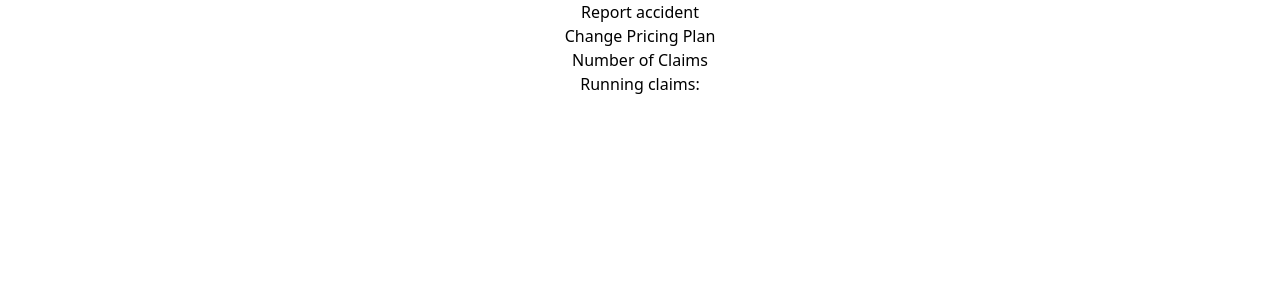
Repository: ALVIN-OBONYO/Xela-smart_insuarance
Page: /report (app in frontend/)
An editor plug-in stored every save of this project. The page is shown before and after the next save, followed by the edit.
The browser window is 1280 px wide. The pictures show the whole page.
The project was rebuilt for these pictures with package versions that can differ from the ones it lists, and the page was loaded fresh each time. Also part of the build but not shown: frontend/src/Services/TruncateAddress.js, frontend/src/Services/Contract.js, frontend/src/Components/Cards.jsx, frontend/src/Pages/Entrypage.jsx, frontend/src/Services/LoginWithEth.js, frontend/src/Components/Navigate.js, frontend/src/Components/Sidebar.js, frontend/src/Pages/Policies.jsx and 7 more.

Above is the page before, as saved 2022-10-06 05:27:13.

### frontend/public/index.html
<!DOCTYPE html>
<html lang="en">
  <head>
    <meta charset="utf-8" />
    <link rel="icon" href="%PUBLIC_URL%/favicon.ico" />
    <meta name="viewport" content="width=device-width, initial-scale=1" />
    <meta name="theme-color" content="#000000" />
    <meta
      name="description"
      content="Web site created using create-react-app"
    />
    <link rel="apple-touch-icon" href="%PUBLIC_URL%/logo192.png" />
    <!--
      manifest.json provides metadata used when your web app is installed on a
      user's mobile device or desktop. See https://developers.google.com/web/fundamentals/web-app-manifest/
    -->
    <link rel="manifest" href="%PUBLIC_URL%/manifest.json" />
    <!--
      Notice the use of %PUBLIC_URL% in the tags above.
      It will be replaced with the URL of the `public` folder during the build.
      Only files inside the `public` folder can be referenced from the HTML.

      Unlike "/favicon.ico" or "favicon.ico", "%PUBLIC_URL%/favicon.ico" will
      work correctly both with client-side routing and a non-root public URL.
      Learn how to configure a non-root public URL by running `npm run build`.
    -->
    <title>React App</title>
  </head>
  <body>
    <noscript>You need to enable JavaScript to run this app.</noscript>
    <link
    href="https://unpkg.com/tailwindcss@^1.0/dist/tailwind.min.css"
    rel="stylesheet"
  />
  <!-- <script src="https://cdn.jsdelivr.net/npm/web3@latest/dist/web3.min.js"></script> -->
  <script
    src="https://cdnjs.cloudflare.com/ajax/libs/web3/1.6.1/web3.min.js"
    integrity="sha512-5erpERW8MxcHDF7Xea9eBQPiRtxbse70pFcaHJuOhdEBQeAxGQjUwgJbuBDWve+xP/u5IoJbKjyJk50qCnMD7A=="
    crossorigin="anonymous"
    referrerpolicy="no-referrer"
  ></script>
    <div id="root"></div>
    <!--
      This HTML file is a template.
      If you open it directly in the browser, you will see an empty page.

      You can add webfonts, meta tags, or analytics to this file.
      The build step will place the bundled scripts into the <body> tag.

      To begin the development, run `npm start` or `yarn start`.
      To create a production bundle, use `npm run build` or `yarn build`.
    -->
  </body>
</html>

### frontend/src/index.js
import React from 'react';
import ReactDOM from 'react-dom/client';
import './index.css';
import App from './App';
import reportWebVitals from './reportWebVitals';
import { BrowserRouter } from 'react-router-dom';
const root = ReactDOM.createRoot(document.getElementById('root'));
root.render(
  <React.StrictMode>
     <BrowserRouter>
       <App />
    </BrowserRouter>
  </React.StrictMode>
);

// If you want to start measuring performance in your app, pass a function
// to log results (for example: reportWebVitals(console.log))
// or send to an analytics endpoint. Learn more: https://bit.ly/CRA-vitals
reportWebVitals();

### frontend/src/App.jsx
import './App.css';
import RoutePages from './Components/RoutePages';

function App() {
  return (
    <div className="App">
      <RoutePages/>
    </div>
  );
}

export default App;

### frontend/src/Components/RoutePages.jsx
import React from 'react'
import { Routes, Route} from 'react-router-dom'
import EntryPage from '../Pages/Entrypage'
import PolicyMaker from '../Pages/Policies'
import ReportForm from '../Pages/ReportForm'
import Report from '../Pages/Report'
import ReportInfo from '../Pages/ReportInfo'
import FormPagination from './FormPagination'
const RoutePages = () => {
    return (


   <Routes>

    <Route exact path="/" element={<EntryPage />} />
    <Route path="policy" element={<PolicyMaker />} />

    <Route path="report" element={<Report/> } >
       <Route path="1" element={<ReportForm />} />
       <Route path="2" element={<ReportInfo />} />
       <Route path="*" element={<FormPagination />} />

    </Route>

   </Routes>


    )
}

export default RoutePages

### frontend/src/Pages/Report.jsx
const Report = () => {
    return (
     <>
     <div>
        <h3>Report accident</h3>
        </div>
       <div>
        <h3>Change Pricing Plan</h3>
       </div>
       <div>
        <h3>Number of Claims</h3>

        <h5>Running claims: </h5>
       </div>
     </>
    )
 }

 export default Report

### frontend/src/Components/FormPagination.jsx
import { Pagination, PaginationItem, Stack } from '@mui/material'
// import { ArrowBackIcon, ArrowForwardIcon} from '@mui/icons-material'
import { Link, useLocation} from 'react-router-dom'
const FormPagination = () => {
    const location = useLocation()
    const query = new URLSearchParams(location.search)
    const page = parseInt(query.get('page') || '1', 10)
    return (
       <Stack spacing={2}>
        <Pagination
           xs={{backgroundColor: "#fff"}}
           page={page}
           count={3}
           renderItem={(item) => (
            <PaginationItem
            shape="rounded"
            component={Link}

            to={`/report${item.page === 1 ? "" :`?page=${item.page}`}`}
              {...item}
              />
           )}
           />
           </Stack>
    )

}

export default FormPagination

### frontend/src/Components/Navbar.css
nav {
    width: 100vw;
    display: flex;
    justify-content: flex-start;
    align-items: flex-start;
}

.brand {
    flex-grow: 1;
    text-align: start;
    padding-left: 2.9rem;
    margin-top: 0.6rem;
    font-size: 1.2rem;
}

.X {
    font-size: 2rem;

}
.nav-section {
    display: flex;
    flex-grow: 1;
    gap: 3em;
    font-size: 1.2rem;
    padding-right: 2em;
    justify-content: flex-start;
    align-items: center;
}
.top-descr  {
    margin-top: 0;
    padding: 1em;
    text-align: justify;
    font-size: 1.6rem;
    height: 45vh;

}


#descr {
    margin-top: 0.5rem;
    padding: 1em;
    text-align: justify;
    font-size: 1.4rem;

}

#top > h1 {
    font-size: 2.2rem;
    font-weight: 700;
    color: rgba(255, 255, 255, 0.952);
    margin-bottom: 0.4em;

}
header {
    background: rgb(2,0,36);
background: radial-gradient(circle, rgba(2,0,36,1) 0%, rgba(1,0,5,1) 20%, rgba(0,0,0,1) 35%, rgba(0,15,19,1) 64%, rgba(0,0,0,1) 100%);
    color: rgb(248, 248, 248);
}


#top-pg {

    font-size: 1.2rem;
    margin-bottom: 0.9rem;
}
#policy-sec {
    display: flex;
    gap: 0.8em;

}
input[type=text] {
    flex-grow: 1;
    height: 2.5em;
}
#btn-policy {
    background-color: rgb(0, 39, 90);
    flex-grow: 1;
    color: wheat;
    border: none;
    margin-top: 0.8em;
    border-radius: 5px;
    padding: 0.6rem;
    font-size: 1.4rem;
    font-weight: 500;

}
#buy-policy {
    width: 70vw;
    height: 2.5em;
    border: none;
    background-color: #008000;
    color:aliceblue;
    font-size: 0.9rem;
    border-radius: 15px;
}
#social-icons {
    display: flex;
    gap: 2em;

}
#land-footer {
    background: rgb(2,0,36);
    background: radial-gradient(circle, rgba(2,0,36,1) 0%, rgba(1,0,5,1) 20%, rgba(0,0,0,1) 35%, rgba(0,15,19,1) 64%, rgba(0,0,0,1) 100%);
    color: rgb(248, 248, 248);
    position: relative;
    padding: 1.2em  0.9em;
    font-size: 1.4rem;
    /* display: flex;
    justify-content: center;
    align-items: center; */
}

.news-mail {
    display: flex;
    background-color: rgb(220, 230, 255);
    color: rgb(0, 0, 0);
    flex-direction: row;
    flex-wrap: wrap;
    padding: 2em;
    max-width: 70vw;
    border-radius: 2em;
    margin: auto;

}

.news-mail > h2 {
    flex-grow: 1;
    font-size: 2rem;
}

.footer-service {
    display: flex;
    flex-direction: row;
    flex-wrap: wrap;
    gap: 2em;
    text-align: justify;
}

.footer-sect {
    font-size: 2rem;
    color:rgba(184, 184, 184, 0.918);
    flex-grow: 1;
}

.sect-bottom {
    margin-top: 1.3rem;
    font-size: 1.4rem;
    color:rgb(220, 230, 255)
}
.navflex {
    display: flex;
    flex-direction: column;
    justify-content: center;
    align-items: center;
    gap: 2em;
    background-color: rgba(19, 20, 27, 0.918);
    color: white;
    width: 100vw;
    height: 100vh;
    right: 0;
    top: 0;
    position: absolute;
    text-transform: uppercase;
    /* animation-name: ${navanim}; */
}

.nav-wallet {
    width: 50vw;
    height: 50vh;
    font-size: 1.6rem;
    background-color: black;
    color: white;
}

.my-wallet {
    display: flex;
    flex-direction: column;
    gap: 2em;
}
@media screen and (max-width: 600px){
   .nav-section {

      display: none;
   }

   .footer-service {
    flex-direction: column;
    justify-content: center;
    align-items: center;
    text-align: center;
   }

   #social-icons {
    align-items: center;
    justify-content: center;
   }
}

@media screen and (min-width: 600px){
    .toogleNav {
        display: none;
        padding: 1.3em;
    }
}

Loaded but not shown: frontend/src/index.css (common file); frontend/src/reportWebVitals.js (common file); frontend/src/App.css (common file)

After the next save:
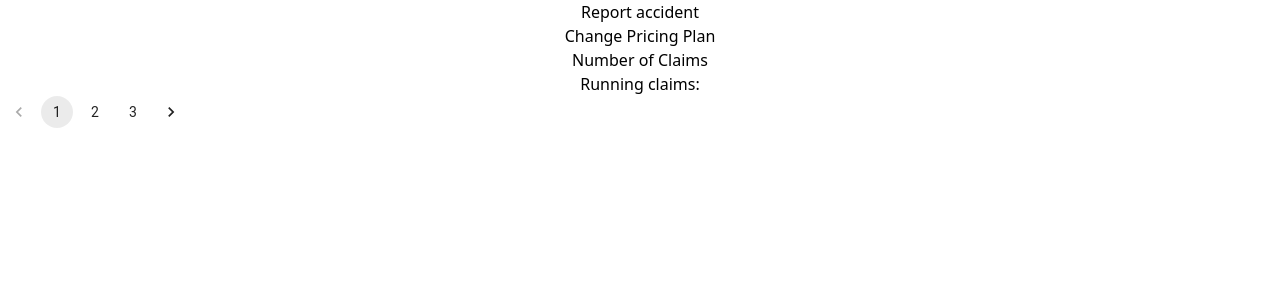
Saved 6 min 14 s later.
--- a/frontend/src/Pages/Report.jsx
+++ b/frontend/src/Pages/Report.jsx
@@ -1,3 +1,4 @@
+import FormPagination from "../Components/FormPagination"
 const Report = () => {
     return (
      <>
@@ -11,7 +12,9 @@ const Report = () => {
         <h3>Number of Claims</h3>
 
         <h5>Running claims: </h5>
-       </div>
+
+        <FormPagination />
+               </div>
      </>
     )
  }
